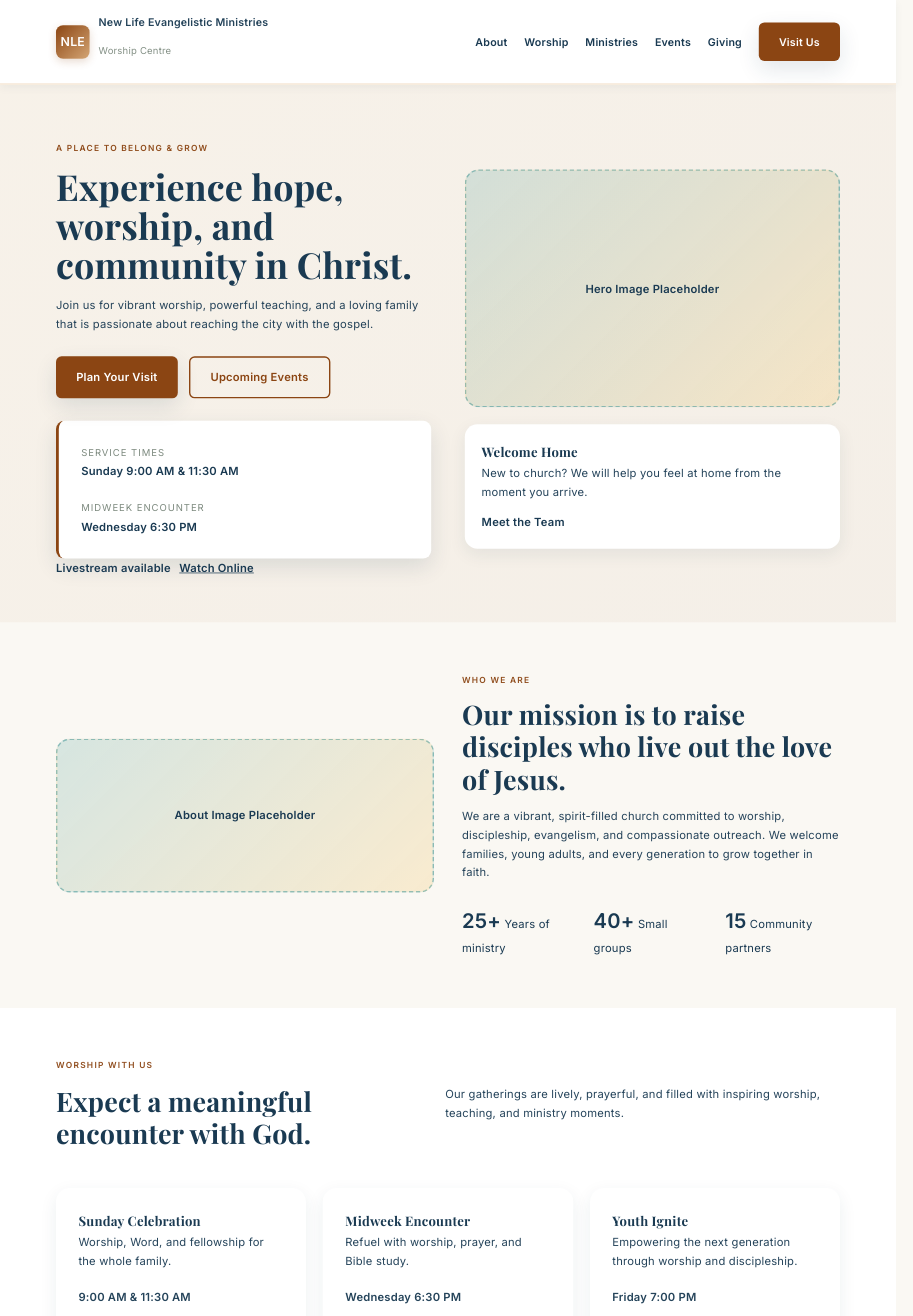
Repository: bilaal441/church
Page: index.htm
The author's editor kept a copy of each file at every save. The page is drawn from the files as they stood at one save, then again after the next save.
The browser window is 1280 px wide. The page is 1304 px wide, so the pictures cover 1304 px, including what lies to the right of the window. The pictures show the part of the page from y = 0 to 1880 px (the page is 5636 px tall before and 5642 px after), at 70% of full size.

Above is the page before, as saved 2026-01-19 22:09:55.

After the next save:
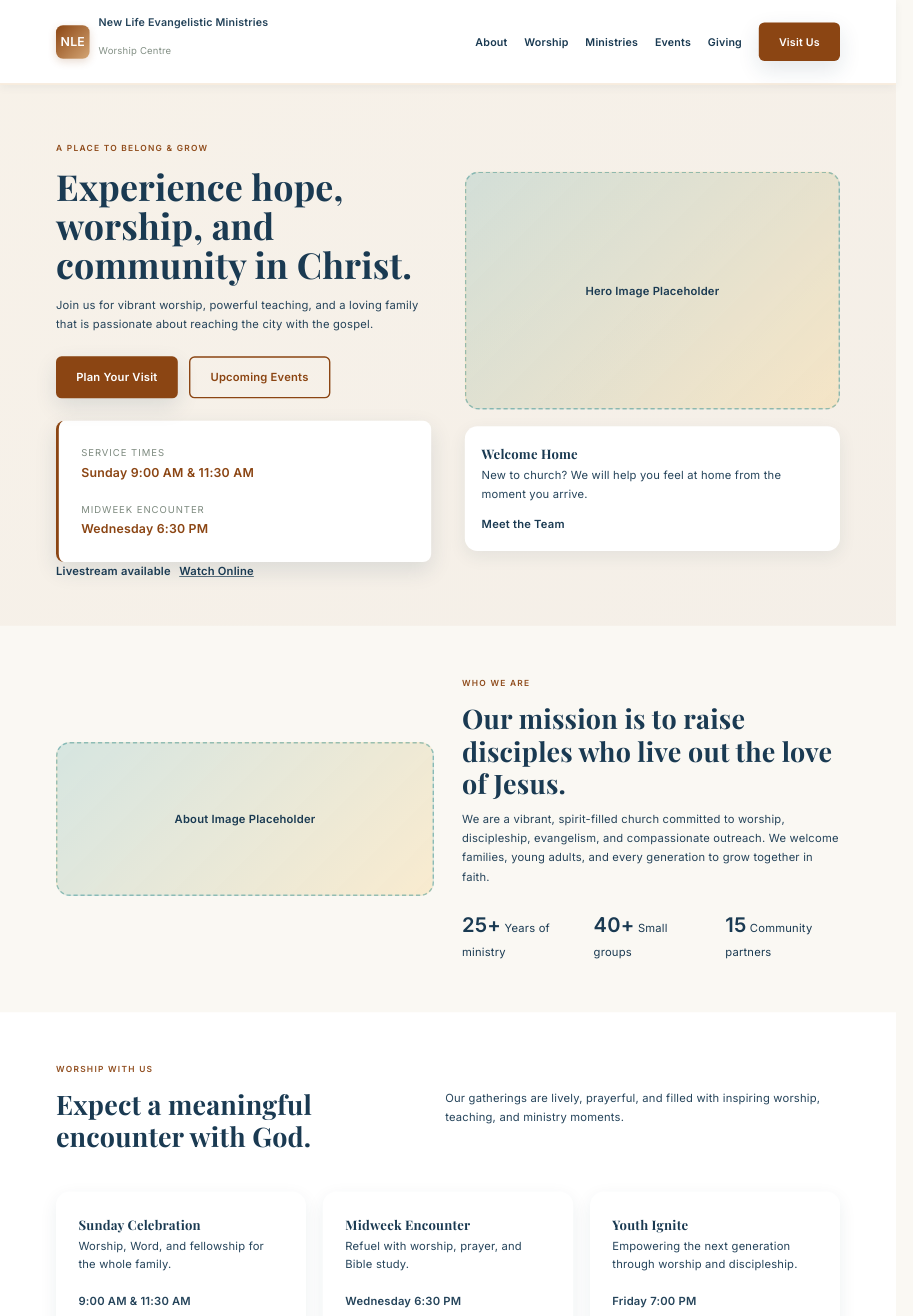
Saved 4 s later.
--- a/style.css
+++ b/style.css
@@ -232,7 +232,8 @@
 
 .hero-details strong {
   display: block;
-  font-size: 1rem;
+  font-size: 1.1rem;
+  color: var(--burgundy);
 }
 
 .hero-note {
